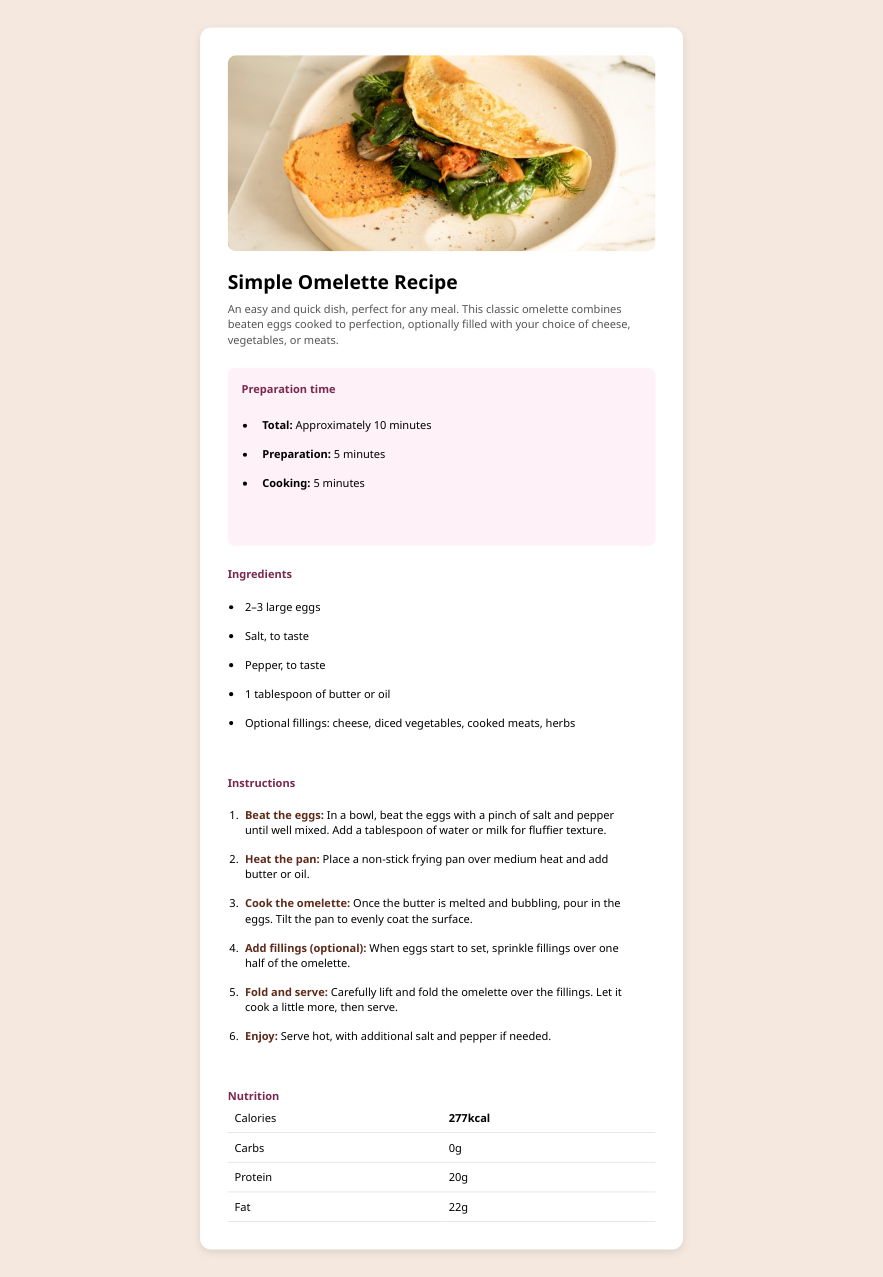
Repository: akbasliogulcan/omletterecipe
Page: index.html
These files come from the project's save history. The page is drawn as it stood at one moment and after the next save; the edit follows.
The browser window is 1280 px wide. The pictures show the whole page, at 69% of full size.
Some web fonts or font styles are not loaded; a fallback is used.

Above is the page before, as saved 2025-07-20 23:45:04.

After the next save:
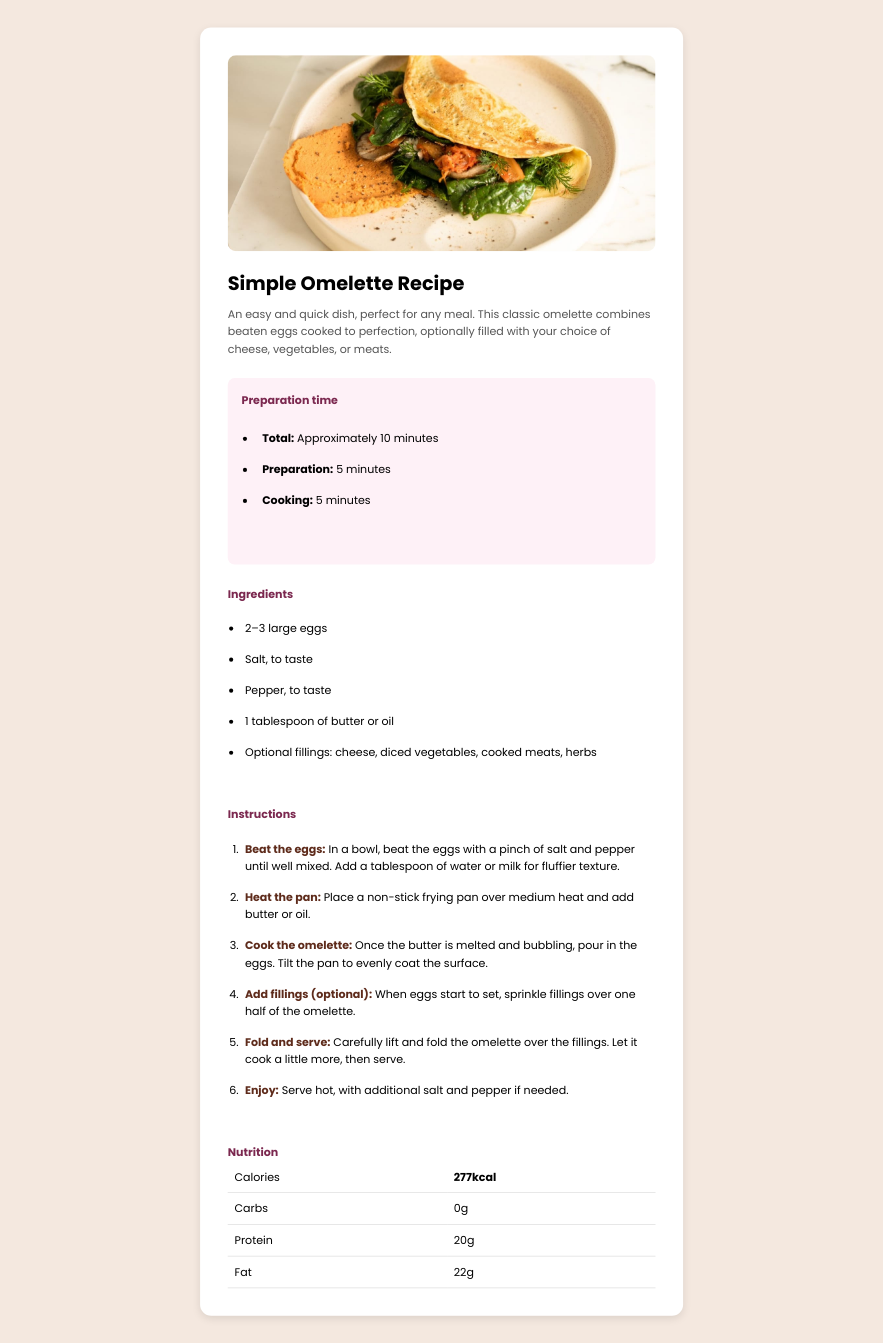
Saved 22 s later.
--- a/style.css
+++ b/style.css
@@ -1,3 +1,4 @@
+/* google font */
 @import url("https://fonts.googleapis.com/css2?family=Big+Shoulders:opsz,wght@10..72,100..900&family=Cairo:wght@200..1000&family=Indie+Flower&family=Open+Sans:ital,wght@0,300..800;1,300..800&family=Playwrite+CO+Guides&family=Poppins:ital,wght@0,100;0,200;0,300;0,400;0,500;0,600;0,700;0,800;0,900;1,100;1,200;1,300;1,400;1,500;1,600;1,700;1,800;1,900&family=Roboto+Mono:ital,wght@0,100..700;1,100..700&family=Roboto:ital,wght@0,100;0,300;0,400;0,500;0,700;0,900;1,100;1,300;1,400;1,500;1,700;1,900&family=Space+Mono:ital,wght@0,400;0,700;1,400;1,700&family=Tsukimi+Rounded&family=Young+Serif&display=swap");
 
 * {
@@ -10,6 +11,7 @@
 body {
   font-family: "Segoe UI", sans-serif;
   background-color: #f4e8df;
+  font-family: "Poppins", sans-serif;
 }
 
 .container {
